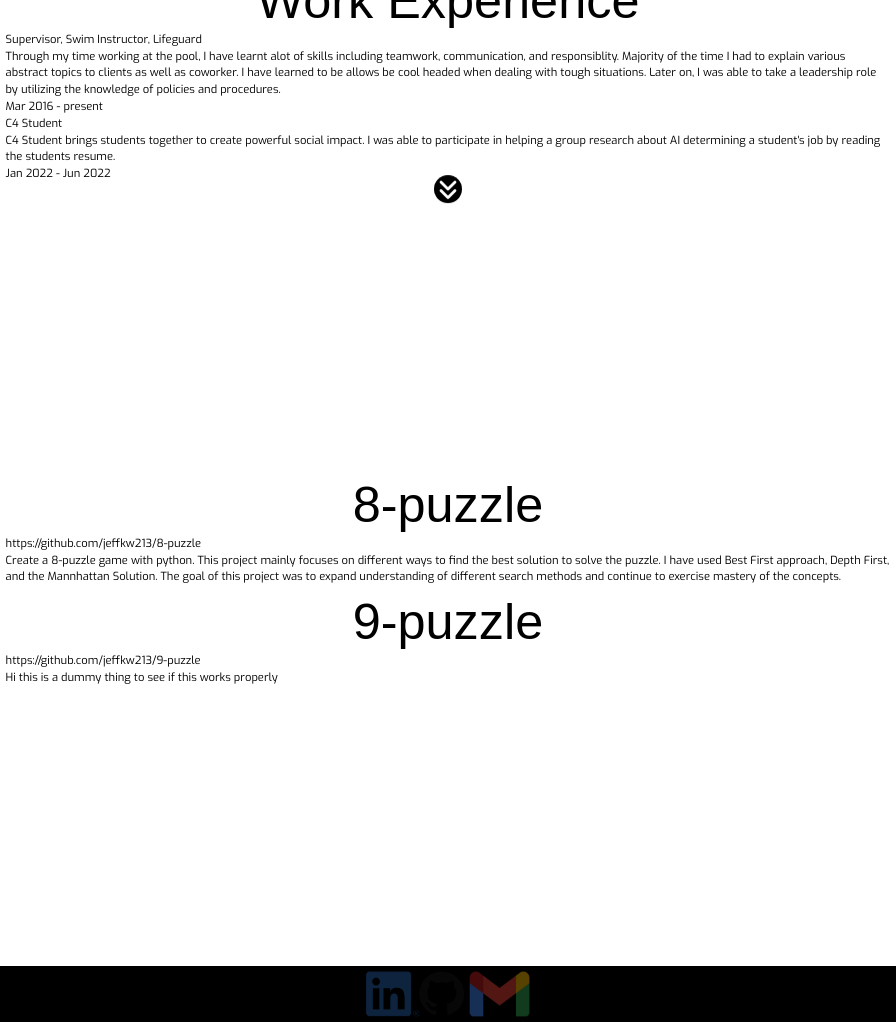
Repository: Jeffkw213/profile_website
Page: /
The author's editor kept a copy of each file at every save. The page is drawn from the files as they stood at one save, then again after a run of saves.
The browser window is 1280 px wide. The pictures show the part of the page from y = 1500 to 3420 px (the page is 2960 px tall before and 3560 px after), at 70% of full size.
Some web fonts or font styles are not loaded; a fallback is used. The project was rebuilt for these pictures with package versions that can differ from the ones it lists, and the page was loaded fresh each time. Also part of the build but not shown: vite.config.js.

Above is the page before, as saved 2022-10-21 16:54:39.

After the next 3 saves:
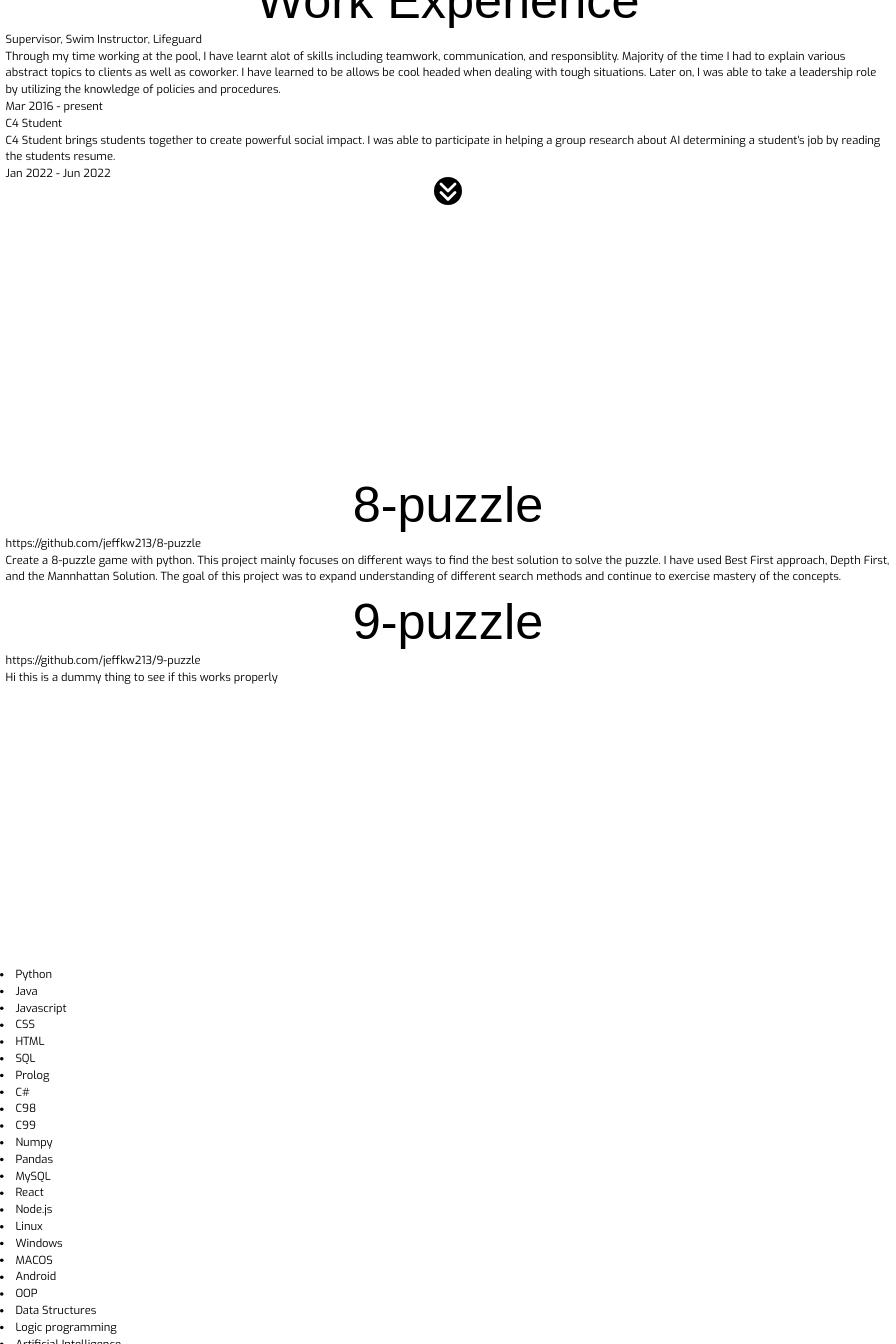
The 3 saves are shown as one change because 1 did not build or start and some came seconds apart.
The last was saved 20 s later.
--- a/src/components/Skillz.jsx
+++ b/src/components/Skillz.jsx
@@ -1,10 +1,26 @@
 export default function Skillz(props) {
-  function list(props){
-    return props.Skillz;
-  }
   return (
     <div id="skill">
-      <list/>
+      <div>
+        {props.Languages.map((item) => {
+          return <li key={item.toString}>{item}</li>;
+        })}
+      </div>
+      <div>
+        {props.Framework.map((item) => {
+          return <li key={item.toString}>{item}</li>;
+        })}
+      </div>
+      <div>
+        {props.Platform.map((item) => {
+          return <li key={item.toString}>{item}</li>;
+        })}
+      </div>
+      <div>
+        {props.Techniques.map((item) => {
+          return <li key={item.toString}>{item}</li>;
+        })}
+      </div>
     </div>
   );
 }
